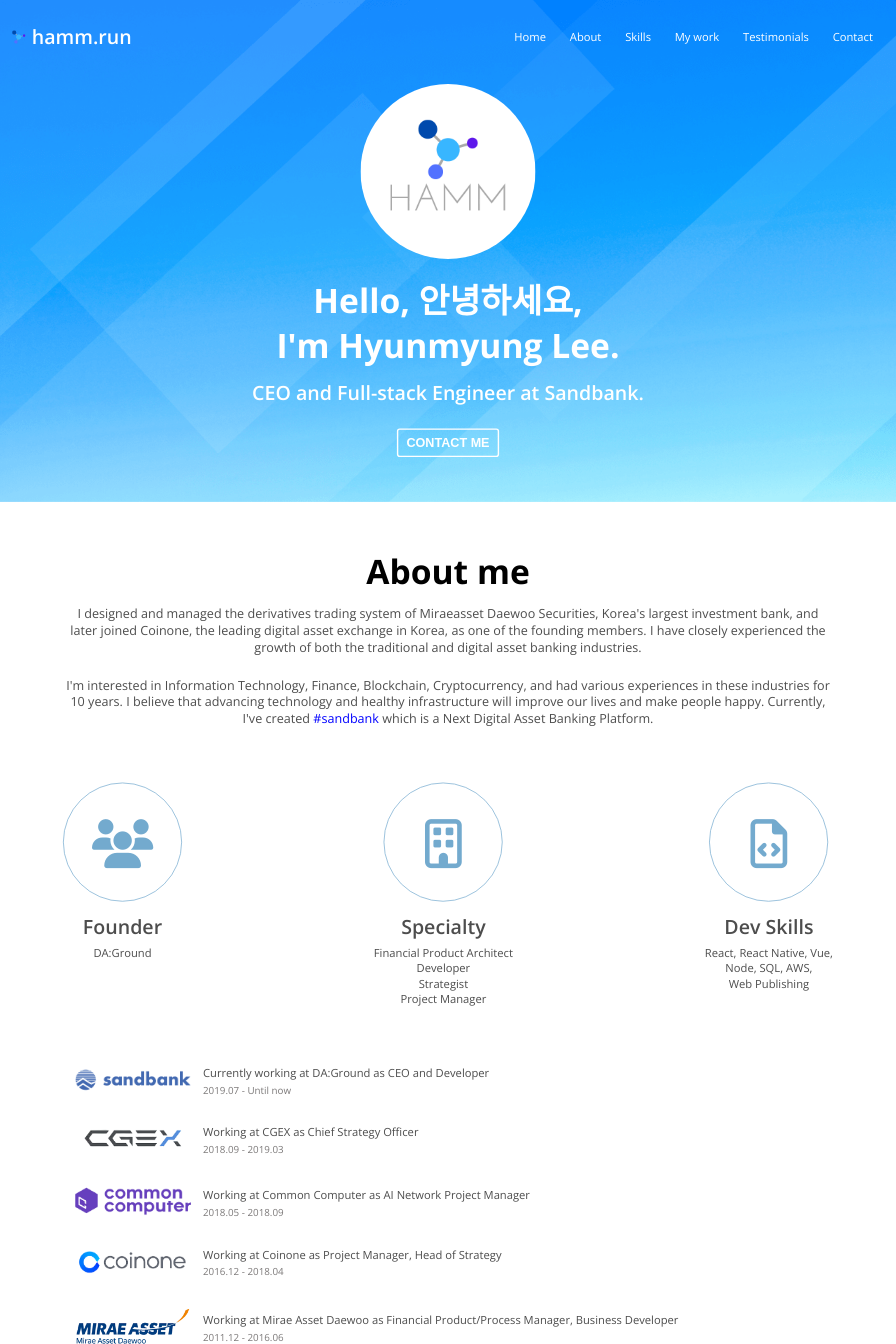
Repository: hammlee/portfolio
Page: index.html
An editor plug-in stored every save of this project. The page is shown before and after the next save, followed by the edit.
The browser window is 1280 px wide. The pictures show the part of the page from y = 0 to 1920 px (the page is 3759 px tall), at 70% of full size.
Some web libraries are served in a nearby version.

Above is the page before, as saved 2021-04-22 20:34:29.

### index.html
<!-- @format -->

<!DOCTYPE html>
<html lang="en">
  <head>
    <meta charset="UTF-8" />
    <meta name="viewport" content="width=device-width, initial-scale=1.0" />
    <title>Hamm's Portfolio</title>
    <meta name="description" content="Portfolio for Hamm" />
    <meta name="author" content="Hamm" />
    <link rel="icon" type="image/png" href="images/favicon.png" />
    <script
      src="https://kit.fontawesome.com/7493b4a30b.js"
      crossorigin="anonymous"
    ></script>
    <link
      href="https://fonts.googleapis.com/css2?family=Open+Sans:wght@400;600;700&display=swap"
      rel="stylesheet"
    />
    <link rel="stylesheet" href="style.css" />
    <script src="main.js" defer></script>
  </head>

  <body>
    <!-- Navbar -->
    <nav id="navbar">
      <div class="navbar__logo">
        <img src="images/favicon.png" alt="" width="22px;" />
        <a href="#">hamm.run</a>
      </div>
      <ul class="navbar__menu">
        <li class="navbar__menu__item" data-link="#home">Home</li>
        <li class="navbar__menu__item" data-link="#about">About</li>
        <li class="navbar__menu__item" data-link="#skills">Skills</li>
        <li class="navbar__menu__item" data-link="#work">My work</li>
        <li class="navbar__menu__item" data-link="#testimonials">
          Testimonials
        </li>
        <li class="navbar__menu__item" data-link="#contact">Contact</li>
      </ul>
      <!-- Toggle button -->
      <button class="navbar__toggle-btn">
        <i class="fas fa-bars"></i>
      </button>
    </nav>

    <!-- Home -->
    <section id="home" class="section">
      <div class="home__container">
        <img
          src="images/portfolio-logo.png"
          alt="Hamm's profile photo"
          class="home__avatar"
        />
        <h1 class="home__title">
          Hello, 안녕하세요, <br />
          I'm Hyunmyung Lee.
        </h1>
        <h2 class="home__description">
          CEO and Full-stack Engineer at Sandbank.
        </h2>
        <button class="home__contact" data-link="#contact">CONTACT ME</button>
      </div>
    </section>

    <!-- About -->
    <section id="about" class="section section__container">
      <h1>About me</h1>
      <p>
        I designed and managed the derivatives trading system of Miraeasset
        Daewoo Securities, Korea's largest investment bank, and later joined
        Coinone, the leading digital asset exchange in Korea, as one of the
        founding members. I have closely experienced the growth of both the
        traditional and digital asset banking industries.
      </p>
      <br />
      <p>
        I'm interested in Information Technology, Finance, Blockchain,
        Cryptocurrency, and had various experiences in these industries for 10
        years. I believe that advancing technology and healthy infrastructure
        will improve our lives and make people happy. Currently, I've created
        <a href="https://sandbank.io" target="_blank" style="color: blue"
          >#sandbank</a
        >
        which is a Next Digital Asset Banking Platform.
      </p>
      <div class="about__majors">
        <div class="major">
          <div class="major__icon">
            <i class="fas fa-users"></i>
          </div>
          <h2 class="major__title">Founder</h2>
          <div class="major__description">
            <!-- DA:Ground -->
            <a href="http://corp.sandbank.io" target="_blank">DA:Ground</a>
          </div>
        </div>
        <div class="major">
          <div class="major__icon">
            <i class="far fa-building"></i>
          </div>
          <h2 class="major__title">Specialty</h2>
          <div class="major__description">
            Financial Product Architect <br />
            Developer <br />
            Strategist <br />
            Project Manager
          </div>
        </div>
        <div class="major">
          <div class="major__icon">
            <i class="far fa-file-code"></i>
          </div>
          <h2 class="major__title">Dev Skills</h2>
          <div class="major__description">
            React, React Native, Vue,<br />
            Node, SQL, AWS,<br />
            Web Publishing
          </div>
        </div>
      </div>
      <div class="about__jobs">
        <div class="job">
          <a href="https://sandbank.io" target="_blank">
            <img src="images/sandbank.png" alt="sandbank" class="job__logo" />
          </a>
          <div class="job__description">
            <p class="job__name">
              Currently working at DA:Ground as CEO and Developer
            </p>
            <p class="job__period">2019.07 - Until now</p>
          </div>
        </div>
        <hr />
        <div class="job">
          <a href="https://coinone.co.kr" target="_blank">
            <img src="images/cgex.png" alt="cgex" class="job__logo" />
          </a>
          <div class="job__description">
            <p class="job__name">Working at CGEX as Chief Strategy Officer</p>
            <p class="job__period">2018.09 - 2019.03</p>
          </div>
        </div>
        <hr />
        <div class="job">
          <a href="https://comcom.ai/" target="_blank">
            <img
              src="images/commoncomputer.png"
              alt="commoncomputer"
              class="job__logo"
            />
          </a>
          <div class="job__description">
            <p class="job__name">
              Working at Common Computer as AI Network Project Manager
            </p>
            <p class="job__period">2018.05 - 2018.09</p>
          </div>
        </div>
        <hr />
        <div class="job">
          <a href="https://coinone.co.kr" target="_blank">
            <img src="images/coinone.png" alt="coinone" class="job__logo" />
          </a>
          <div class="job__description">
            <p class="job__name">
              Working at Coinone as Project Manager, Head of Strategy
            </p>
            <p class="job__period">2016.12 - 2018.04</p>
          </div>
        </div>
        <hr />
        <div class="job">
          <a href="https://securities.miraeasset.com" target="_blank">
            <img
              src="images/miraeassetdaewoo.png"
              alt="miraeassetdaewoo"
              class="job__logo"
            />
          </a>
          <div class="job__description">
            <p class="job__name">
              Working at Mirae Asset Daewoo as Financial Product/Process
              Manager, Business Developer
            </p>
            <p class="job__period">2011.12 - 2016.06</p>
          </div>
        </div>
        <div class="job">
          <a href="https://kaist.ac.kr" target="_blank">
            <img src="images/kaist.png" alt="kaist" class="job__logo" />
          </a>
          <div class="job__description">
            <p class="job__name">
              Studying Computer Scinece at Korea Advanced Institute of Science
              and Technologies, BA.
            </p>
            <p class="job__period">2004.03 - 2012.02</p>
          </div>
        </div>
      </div>
    </section>

    <!-- Skills -->
    <!-- <section id="skills" class="section">
      <div class="section__container">
        <h1>Skills</h1>
        <h2>Skills & Attributes</h2>
        <p>
          Lorem ipsum, dolor sit amet consectetur adipisicing elit. Blanditiis,
          cum, necessitatibus cumque tempora voluptas ratione eum quibusdam ipsa
          laudantium facilis corporis odio! Excepturi quis nobis quibusdam
          facere labore eum debitis?
        </p>
        <div class="skillset">
          <div class="skillset__left">
            <h3 class="skillset__title">Skills</h3>
            <div class="skill">
              <div class="skill__description">
                <span>HTML</span>
                <span>90%</span>
              </div>
              <div class="skill__bar">
                <div class="skill__value" style="width: 99%"></div>
              </div>
            </div>
            <div class="skill">
              <div class="skill__description">
                <span>CSS</span>
                <span>99%</span>
              </div>
              <div class="skill__bar">
                <div class="skill__value" style="width: 99%"></div>
              </div>
            </div>
            <div class="skill">
              <div class="skill__description">
                <span>JavaScript</span>
                <span>99%</span>
              </div>
              <div class="skill__bar">
                <div class="skill__value" style="width: 99%"></div>
              </div>
            </div>
            <div class="skill">
              <div class="skill__description">
                <span>TypeScript</span>
                <span>99%</span>
              </div>
              <div class="skill__bar">
                <div class="skill__value" style="width: 99%"></div>
              </div>
            </div>
            <div class="skill">
              <div class="skill__description">
                <span>Vue</span>
                <span>99%</span>
              </div>
              <div class="skill__bar">
                <div class="skill__value" style="width: 99%"></div>
              </div>
            </div>
            <div class="skill">
              <div class="skill__description">
                <span>NodeJS</span>
                <span>99%</span>
              </div>
              <div class="skill__bar">
                <div class="skill__value" style="width: 99%"></div>
              </div>
            </div>
          </div>
          <div class="skillset__right">
            <div class="tools">
              <h3 class="skillset__title">Tools</h3>
              <ul class="tools__list">
                <li>
                  <span>VS Code</span>
                </li>
                <li>
                  <span>VS Code</span>
                </li>
                <li>
                  <span>VS Code</span>
                </li>
                <li>
                  <span>VS Code</span>
                </li>
                <li>
                  <span>VS Code</span>
                </li>
              </ul>
            </div>
            <div class="etc">
              <h3 class="skillset__title">Etc</h3>
              <ul class="etc__list">
                <li><span>Git</span></li>
                <li><span>Scrum Master</span></li>
                <li><span>Math</span></li>
              </ul>
            </div>
          </div>
        </div>
      </div>
    </section> -->

    <!-- Work -->
    <section id="work" class="section">
      <div class="section__container">
        <h1>My Work</h1>
        <h2>Project</h2>
        <div class="work__categories">
          <button class="category__btn selected" data-filter="*">
            All <span class="category__count">1</span>
          </button>
          <button class="category__btn" data-filter="front-end">
            Miraeasset <span class="category__count">2</span>
          </button>
          <button class="category__btn" data-filter="back-end">
            Coinone <span class="category__count">3</span>
          </button>
          <button class="category__btn" data-filter="mobile">
            AI Network <span class="category__count">4</span>
          </button>
        </div>
        <div class="work__projects">
          <a href="#" class="project" target="_blank" data-type="front-end">
            <img class="project__img" src="images/projects/mobile.png" alt="" />
            <div class="project__description">
              <h3>Youtube Site</h3>
              <span>Clone coding with HTML and CSS</span>
            </div>
          </a>
          <a href="#" class="project" target="_blank" data-type="back-end">
            <img class="project__img" src="images/projects/mobile.png" alt="" />
            <div class="project__description">
              <h3>Youtube Site</h3>
              <span>Clone coding with HTML and CSS</span>
            </div>
          </a>
          <a href="#" class="project" target="_blank" data-type="front-end">
            <img class="project__img" src="images/projects/mobile.png" alt="" />
            <div class="project__description">
              <h3>Youtube Site</h3>
              <span>Clone coding with HTML and CSS</span>
            </div>
          </a>
          <a href="#" class="project" target="_blank" data-type="mobile">
            <img class="project__img" src="images/projects/mobile.png" alt="" />
            <div class="project__description">
              <h3>Youtube Site</h3>
              <span>Clone coding with HTML and CSS</span>
            </div>
          </a>
        </div>
      </div>
    </section>

    <!-- Testimonials -->
    <section id="testimonials" class="section">
      <div class="section__container">
        <h1>Testimonials</h1>
        <h2>Lorem ipsum dolor sit amet.</h2>
        <div class="testimonials">
          <div class="testimonial">
            <img
              class="testimonial__avatar"
              src="/images/testimonials/people1.jpg"
              alt=""
            />
            <div class="testimonial__speech-bubble">
              <p>
                Lorem ipsum dolor sit amet consectetur, adipisicing elit.
                Blanditiis fuga inventore eligendi explicabo magnam velit,
                consequatur nam aliquam temporibus tempore eveniet earum libero
                provident architecto, sequi nihil doloremque? Voluptatem,
                doloremque?
              </p>
              <p class="name"><a href="">Hamm</a> / Samsung</p>
            </div>
          </div>
          <div class="testimonial">
            <div class="testimonial__speech-bubble">
              <p>
                Lorem ipsum, dolor sit amet consectetur adipisicing elit.
                Facilis vel at perspiciatis ut perferendis porro provident
                voluptatem sapiente, minus necessitatibus rem a veritatis magnam
                ab ex beatae omnis optio enim.
              </p>
              <p class="name"><a href="">Hamm</a> / Samsung</p>
            </div>
            <img
              class="testimonial__avatar"
              src="/images/testimonials/people1.jpg"
              alt=""
            />
          </div>
        </div>
      </div>
    </section>

    <!-- Contact -->
    <section id="contact" class="section">
      <h1 class="contact__title">Let's talk</h1>
      <h2 class="contact__email">aka.hamm@gmail.com</h2>
      <div class="contact__links">
        <a href="https://www.facebook.com/hyunmyung.lee.10" target="_blank">
          <i class="fab fa-facebook-square"></i>
        </a>
        <a href="https://github.com/hammlee" target="_blank">
          <i class="fab fa-github"></i>
        </a>
        <a
          href="https://www.linkedin.com/in/hyunmyung-jason-lee-b5a822b5/"
          target="_blank"
        >
          <i class="fa fa-linkedin-square"></i>
        </a>
      </div>
      <p class="contact__rights">2021 hamm.run - All rights reserved</p>
    </section>

    <!-- Arrow Up -->
    <button class="arrow-up">
      <i class="fas fa-arrow-up"></i>
    </button>
  </body>
</html>

Loaded but not shown: main.js (103 lines, source omitted); style.css (561 lines, source omitted)

After the next save:
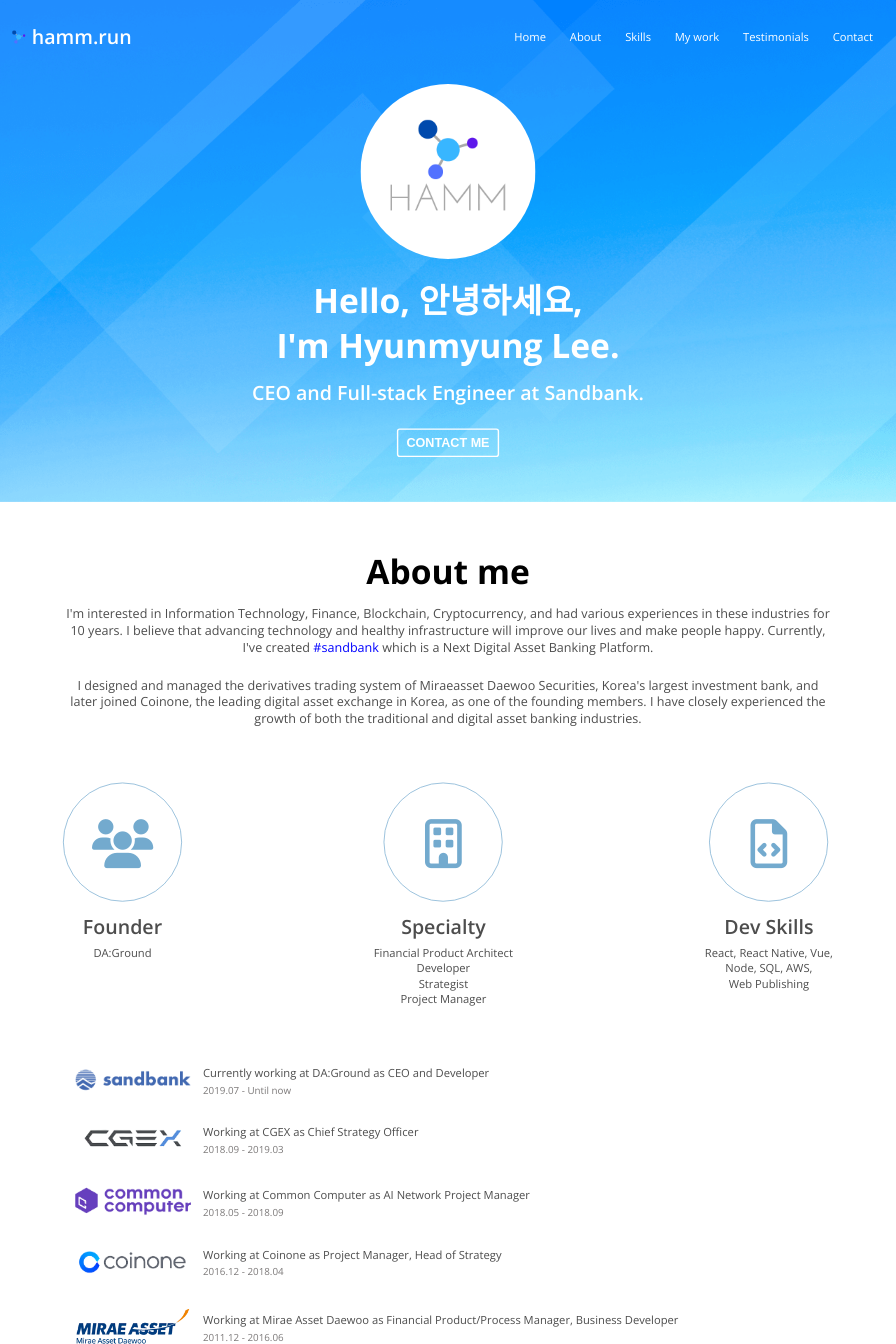
Saved 32 s later.
--- a/index.html
+++ b/index.html
@@ -67,14 +67,6 @@
     <section id="about" class="section section__container">
       <h1>About me</h1>
       <p>
-        I designed and managed the derivatives trading system of Miraeasset
-        Daewoo Securities, Korea's largest investment bank, and later joined
-        Coinone, the leading digital asset exchange in Korea, as one of the
-        founding members. I have closely experienced the growth of both the
-        traditional and digital asset banking industries.
-      </p>
-      <br />
-      <p>
         I'm interested in Information Technology, Finance, Blockchain,
         Cryptocurrency, and had various experiences in these industries for 10
         years. I believe that advancing technology and healthy infrastructure
@@ -83,6 +75,14 @@
           >#sandbank</a
         >
         which is a Next Digital Asset Banking Platform.
+      </p>
+      <br />
+      <p>
+        I designed and managed the derivatives trading system of Miraeasset
+        Daewoo Securities, Korea's largest investment bank, and later joined
+        Coinone, the leading digital asset exchange in Korea, as one of the
+        founding members. I have closely experienced the growth of both the
+        traditional and digital asset banking industries.
       </p>
       <div class="about__majors">
         <div class="major">
